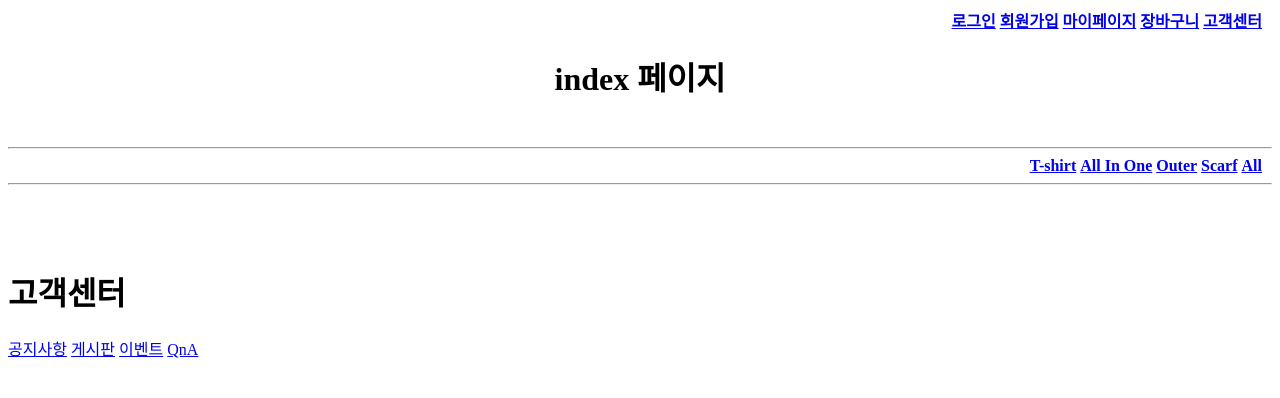
Repository: leeseungho1994/shopping
Page: http://localhost/shopping/WEB-INF/views/center/center.jsp
The author's editor kept a copy of each file at every save. The page is drawn from the files as they stood at one save, then again after the next save.
The browser window is 1280 px wide. The pictures show the whole page.
The page is served by Tomcat 9. Nobody is signed in. Other server files are loaded and not shown. The template is opened directly, without the code that normally fills it, so the values that code supplies are empty.

Above is the page before, as saved 2020-12-10 09:51:25.

### shopping/src/main/webapp/WEB-INF/views/center/center.jsp
<%@ page language="java" contentType="text/html; charset=UTF-8"
    pageEncoding="UTF-8"%>
    <%@taglib prefix="c" uri="http://java.sun.com/jsp/jstl/core" %>
<!DOCTYPE html>
<html>
<head>
<meta charset="UTF-8">
<title>고객센터</title>
</head>
<body>
<c:import url="../default/header.jsp"/>
<h1>고객센터</h1>
<a href="notice">공지사항</a>
<a href="board">게시판</a>
<a href="event">이벤트</a>
<a href="QnA">QnA</a>
</body>
</html>

### shopping/src/main/webapp/WEB-INF/views/default/header.jsp
<%@ page language="java" contentType="text/html; charset=UTF-8"
    pageEncoding="UTF-8"%>
<!DOCTYPE html>
<html>
<head>
<meta charset="UTF-8">
<title>머리말</title>
</head>
<body>
<body>
<div style="text-align: right; margin-right: 10px;">
	<a href="#"><b>로그인</b></a>
	<a href="#"><b>회원가입</b></a>
	<a href="myPage"><b>마이페이지</b></a>
	<a href="#"><b>장바구니</b></a>
	<a href="center"><b>고객센터</b></a>
</div>
<h1 style="text-align: center">index 페이지</h1><br>
<hr>
<div style="text-align: right; margin-right: 10px;">
	<a href="#"><b>T-shirt</b></a>
	<a href="#"><b>All In One</b></a>
	<a href="#"><b>Outer</b></a>
	<a href="#"><b>Scarf</b></a>
	<a href="#"><b>All</b></a>
</div>
<hr>
<br><br><br>
</body>
</html>

After the next save:
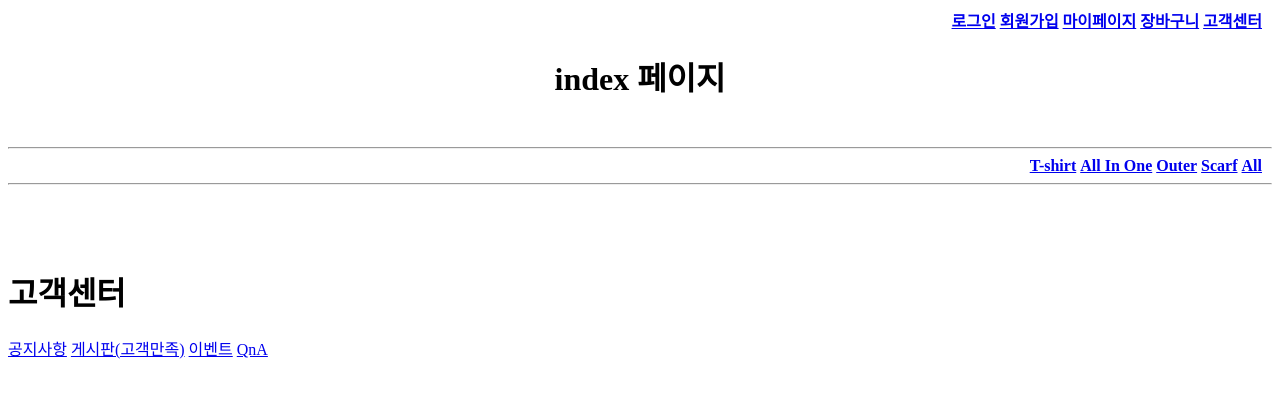
Saved 22 s later.
--- a/shopping/src/main/webapp/WEB-INF/views/center/center.jsp
+++ b/shopping/src/main/webapp/WEB-INF/views/center/center.jsp
@@ -11,7 +11,7 @@
 <c:import url="../default/header.jsp"/>
 <h1>고객센터</h1>
 <a href="notice">공지사항</a>
-<a href="board">게시판</a>
+<a href="board">게시판(고객만족)</a>
 <a href="event">이벤트</a>
 <a href="QnA">QnA</a>
 </body>
